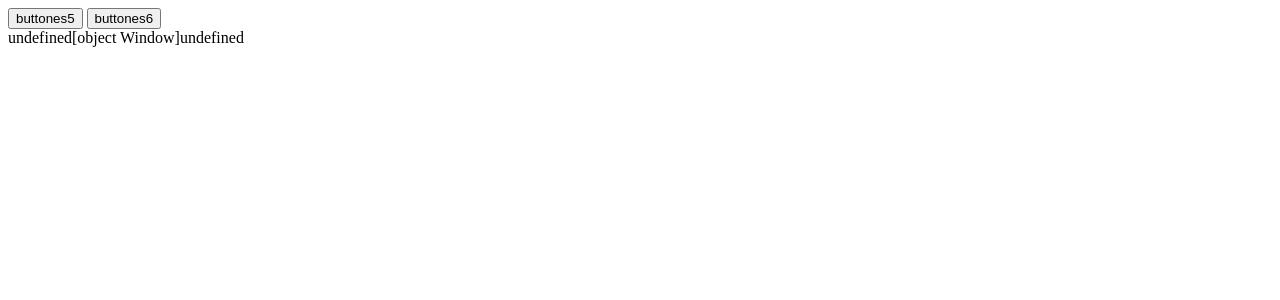
Repository: motiejus1/08-paskaita-JS
Page: index.html
The author's editor kept a copy of each file at every save. The page is drawn from the files as they stood at one save, then again after the next save.
The browser window is 1280 px wide. The pictures show the whole page.

Above is the page before, as saved 2021-06-17 11:53:53.
Console error: TypeError: Failed to execute 'addEventListener' on 'EventTarget': parameter 2 is not of type 'Object'.

### index.html
<!DOCTYPE html>
<html lang="en">
<head>
    <meta charset="UTF-8">
    <meta http-equiv="X-UA-Compatible" content="IE=edge">
    <meta name="viewport" content="width=device-width, initial-scale=1.0">
    <title>8 paskaita</title>
</head>
<body>

<div class="container">
    <button id="buttones5">buttones5</button>
    <button id="buttones6">buttones6</button>


    <div id="reses5"></div>
    <div id="reses6"></div>
</div>
<!-- 2sec -->

<!-- 10sec -->
    <script src="script.js">
    </script>
</body>
</html>

### script.js

"use strict";


let skaicius = 0;

skaicius = 6;

//apsirasome kintamaji
//mes jam priskiriam reiksme
//me galim pakeisti kintamojo reiksme
//ir mes kintamaji isvedam

let dalybosRezultatas =  function(sk1=0,sk2=0) {
    let rezultatas;
    rezultatas = sk1/sk2;

    return rezultatas;
}

dalybosRezultatas = function(sk1=0,sk2=0) {
    let rezultatas;
    rezultatas = sk1/sk2;

    let masyvas = [];
    masyvas[0]= sk1;
    masyvas[1]= sk2;
    masyvas[2] = rezultatas;
    return masyvas;
}


console.log("Script veikia");

console.log(dalybosRezultatas(5,10));


//ES5
const daugybaes5 = function(sk1, sk2) {

    //this
    let rezultatas;
    rezultatas = sk1*sk2;
    document.getElementById('reses5').innerHTML += this;
    return rezultatas;
}

//Es6 funckija
const daugybaes6 = (sk1, sk2) => {
    let rezultatas;
    rezultatas = sk1*sk2;
    document.getElementById('reses5').innerHTML += this;
    console.log(this);
    return rezultatas;
}


console.log(daugybaes5(2,4));
console.log(daugybaes6(2,4));

//ES5
window.addEventListener("load", daugybaes5(2,4));
document.getElementById("buttones5").addEventListener("click", daugybaes5(2,4) );


//ES6

window.addEventListener("load", daugybaes6);
document.getElementById("buttones6").addEventListener("click", daugybaes6(2,4) );

After the next save:
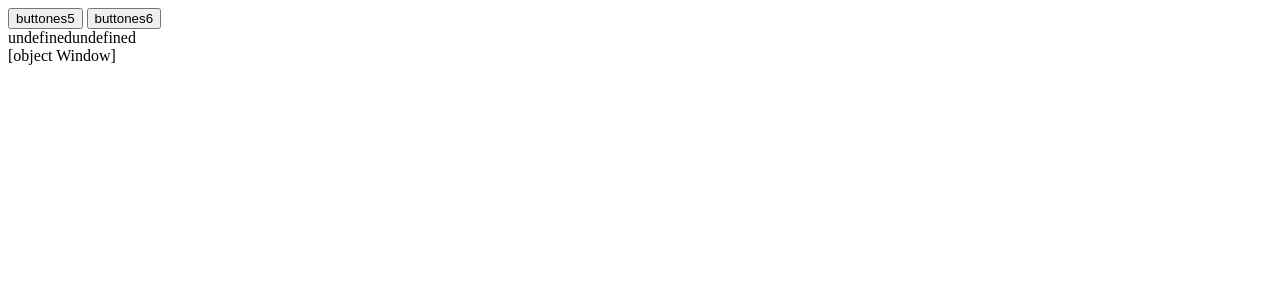
Saved 5 s later.
--- a/script.js
+++ b/script.js
@@ -49,7 +49,7 @@ const daugybaes5 = function(sk1, sk2) {
 const daugybaes6 = (sk1, sk2) => {
     let rezultatas;
     rezultatas = sk1*sk2;
-    document.getElementById('reses5').innerHTML += this;
+    document.getElementById('reses6').innerHTML += this;
     console.log(this);
     return rezultatas;
 }
